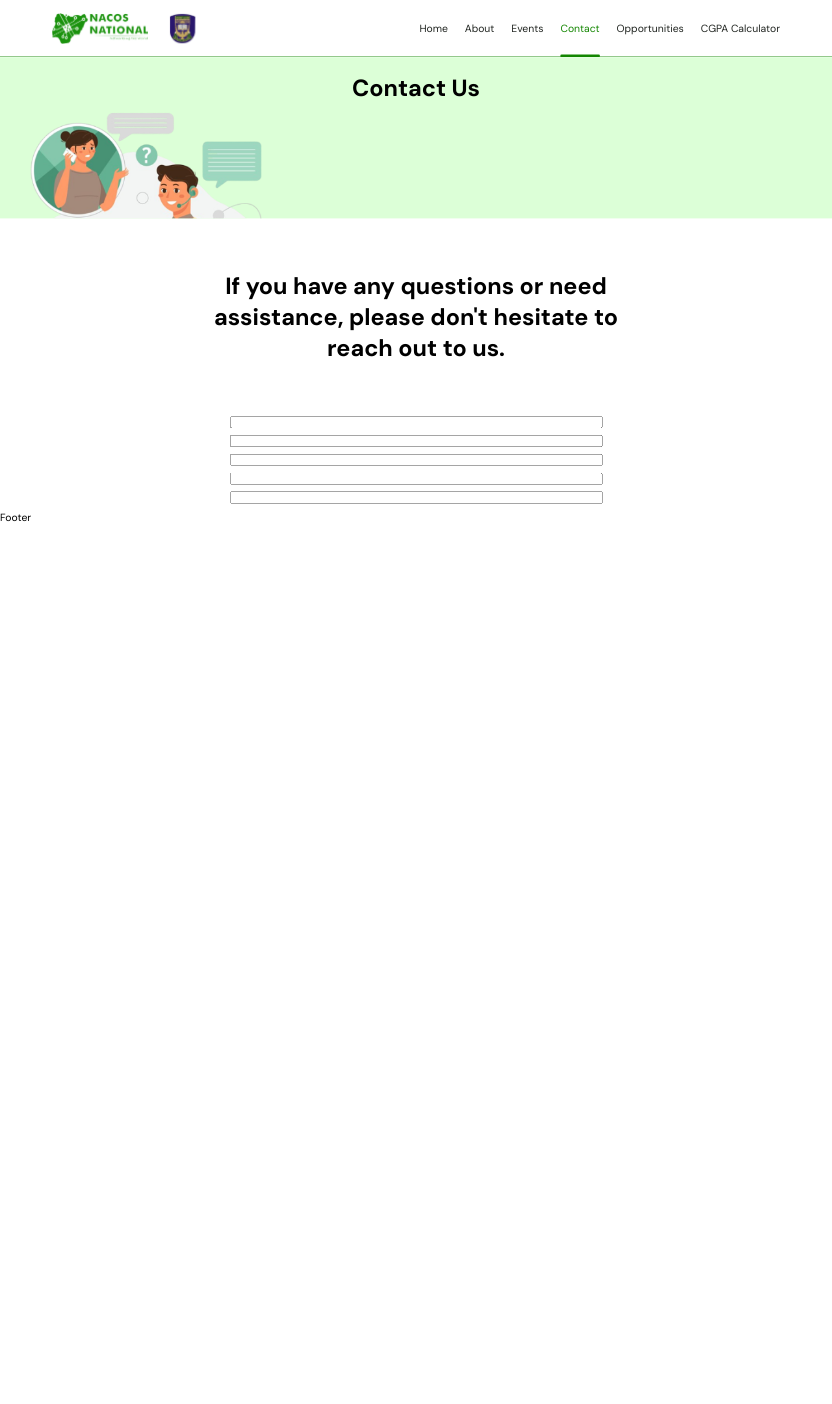
Repository: nacossuil/Uil-Nacos-Web
Page: /contact (app in frontend/)
These files come from the project's save history. The page is drawn as it stood at one moment and after the next save; the edit follows.
The browser window is 1280 px wide. The pictures show the whole page, at 65% of full size.
The project was rebuilt for these pictures with package versions that can differ from the ones it lists, and the page was loaded fresh each time. Also part of the build but not shown: frontend/vite.config.js, frontend/src/pages/Home/HomePage.jsx, frontend/src/pages/About/AboutPage.jsx, frontend/src/pages/Events/EventsPage.jsx, frontend/src/pages/Opportunities/OpportunitiesPage.jsx, frontend/src/pages/CgpaCalculator/CgpaCalculatorPage.jsx.

Above is the page before, as saved 2023-11-14 00:06:17.

After the next save:
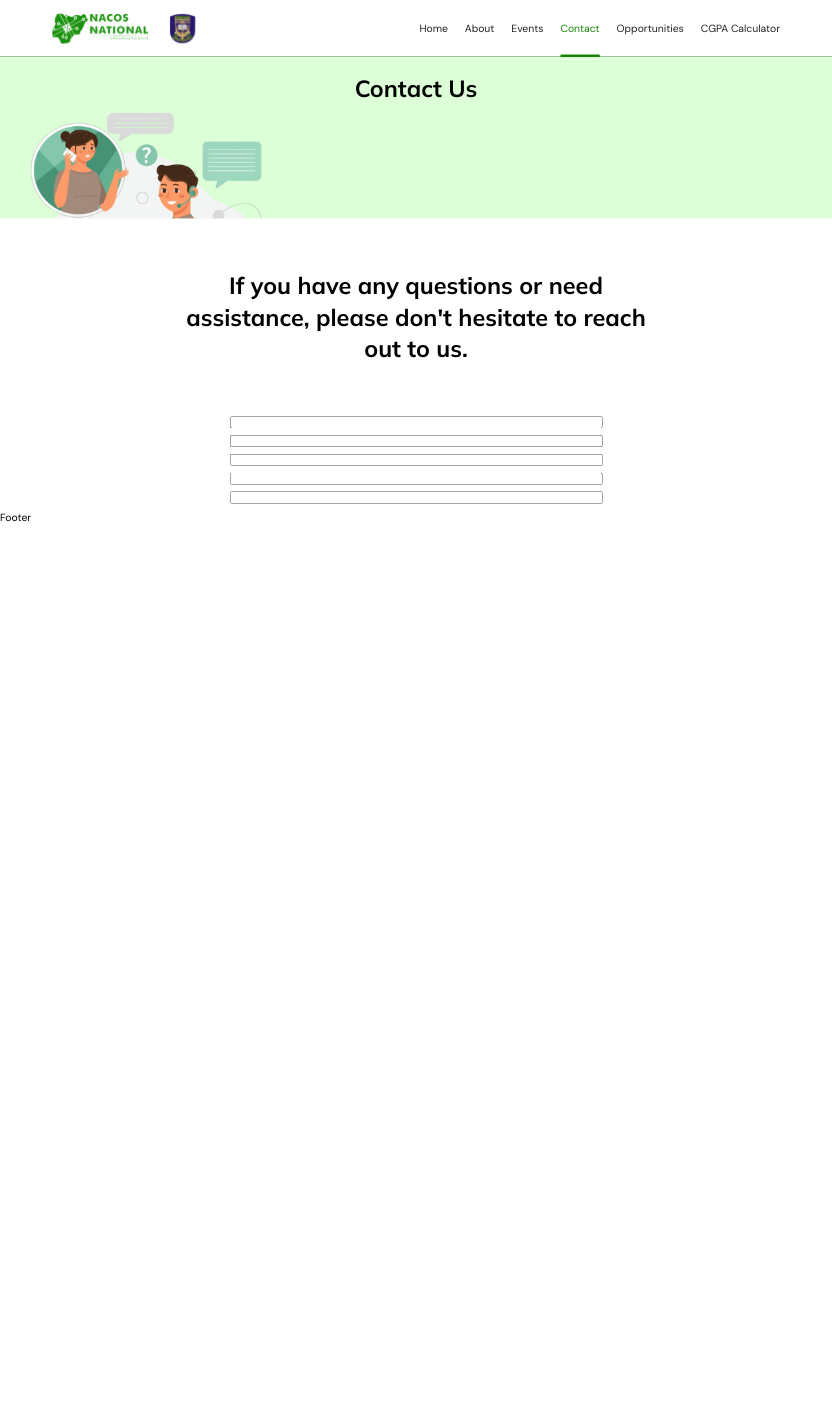
Saved 36 s later.
--- a/frontend/src/pages/Contact/ContactPage.css
+++ b/frontend/src/pages/Contact/ContactPage.css
@@ -1,5 +1,6 @@
 .c-wrapper {
     position: relative;
+    font-family: 'Mulish';
 }
 
 .c-container {
